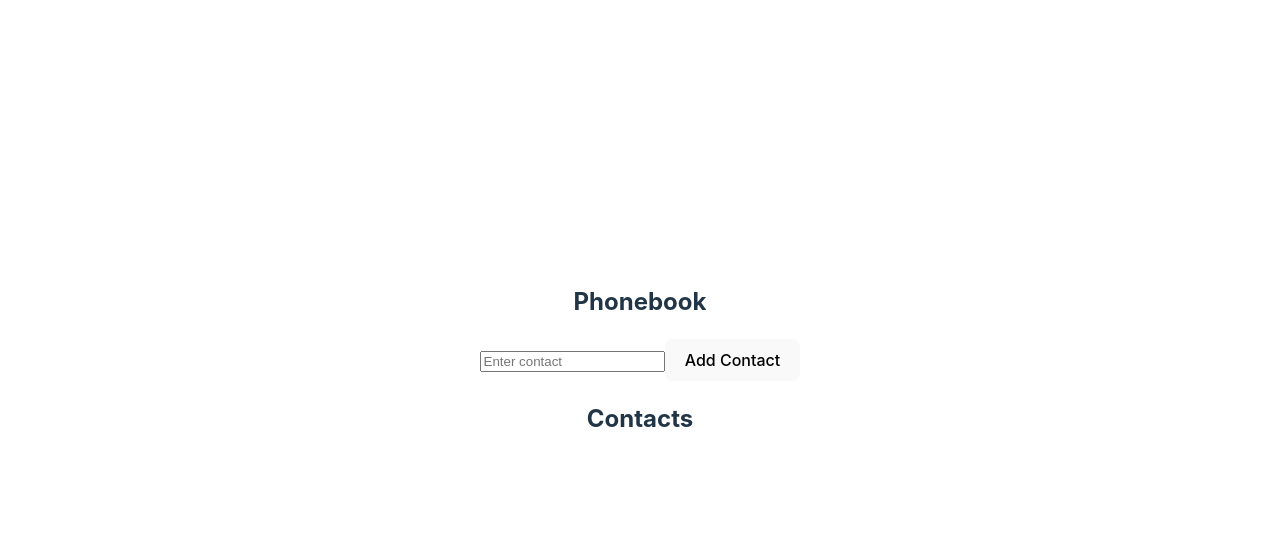
Repository: MagdalenaTyminska/React-Project-2
Page: /
These files come from the project's save history. The page is drawn as it stood at one moment and after the next save; the edit follows.
The browser window is 1280 px wide. The pictures show the whole page.
The project was rebuilt for these pictures with package versions that can differ from the ones it lists, and the page was loaded fresh each time. Also part of the build but not shown: vite.config.ts.

Above is the page before, as saved 2024-11-06 22:33:13.

### index.html
<!DOCTYPE html>
<html lang="en">
	<head>
		<meta charset="UTF-8" />
		<link rel="icon" type="image/svg+xml" href="/vite.svg" />
		<meta name="viewport" content="width=device-width, initial-scale=1.0" />
		<title>Project-2</title>
	</head>
	<body>
		<div id="root"></div>
		<script type="module" src="/src/main.tsx"></script>
	</body>
</html>

### src/main.tsx
import React from 'react';
import ReactDOM from 'react-dom/client';
import { App } from './App.tsx';
import './index.css';

ReactDOM.createRoot(document.getElementById('root')!).render(
	<React.StrictMode>
		<App />
	</React.StrictMode>
);

### src/App.tsx
import './App.css';
import { Component } from 'react';
import { Section } from './Section/Section';
import { Form } from './Form/Form';
import { ContactList } from './ContactList/ContactList';

class App extends Component {
	constructor(props) {
		super(props);
		this.state = {
			contacts: [], // Początkowo lista kontaktów jest pusta
		};
	}

	// Funkcja do dodawania nowego kontaktu
	addContact = (newContact) => {
		this.setState((prevState) => ({
			contacts: [...prevState.contacts, newContact],
		}));
	};

	render() {
		return (
			<div>
				<Section title='Phonebook'>
					<Form addContact={this.addContact} />
				</Section>
				<Section title='Contacts'>
					<ContactList contacts={this.state.contacts} />
				</Section>
			</div>
		);
	}
}

export { App };

### src/Section/Section.tsx
import { Component, ReactNode } from 'react';

type SectionProps = {
	title: string;
	children: ReactNode;
};

export class Section extends Component<SectionProps> {
	render() {
		const { title, children } = this.props;

		return (
			<section>
				<h2>{title}</h2>
				{children}
			</section>
		);
	}
}

### src/Form/Form.tsx
import { Component } from 'react';

class Form extends Component {
	constructor(props) {
		super(props);
		this.state = {
			newContact: '',
		};
	}

	handleInputChange = (event) => {
		this.setState({ newContact: event.target.value });
	};

	handleSubmit = (event) => {
		event.preventDefault();
		if (this.state.newContact) {
			this.props.addContact(this.state.newContact);
			this.setState({ newContact: '' }); // Reset formularza po dodaniu kontaktu
		}
	};

	render() {
		return (
			<form onSubmit={this.handleSubmit}>
				<input type='text' value={this.state.newContact} onChange={this.handleInputChange} placeholder='Enter contact' />
				<button type='submit'>Add Contact</button>
			</form>
		);
	}
}

export { Form };

### src/ContactList/ContactList.tsx
import{ Component } from 'react';

class ContactList extends Component {
	render() {
		const { contacts } = this.props;

		return (
			<ul>
				{contacts.map((contact, index) => (
					<li key={index}>{contact}</li>
				))}
			</ul>
		);
	}
}

export { ContactList };

### src/users.json
[
    {
        "id": "id-1",
        "name": "Rosie Simpson",
        "number": "459-12-56"
    },
    {
        "id": "id-2",
        "name": "Hermione Kline",
        "number": "443-89-12"
    },
    {
        "id": "id-3",
        "name": "Eden Clements",
        "number": "645-17-79"
    },
    {
        "id": "id-4",
        "name": "Annie Copeland",
        "number": "227-91-26"
    }
]

Loaded but not shown: src/index.css (common file); src/App.css (common file)

After the next save:
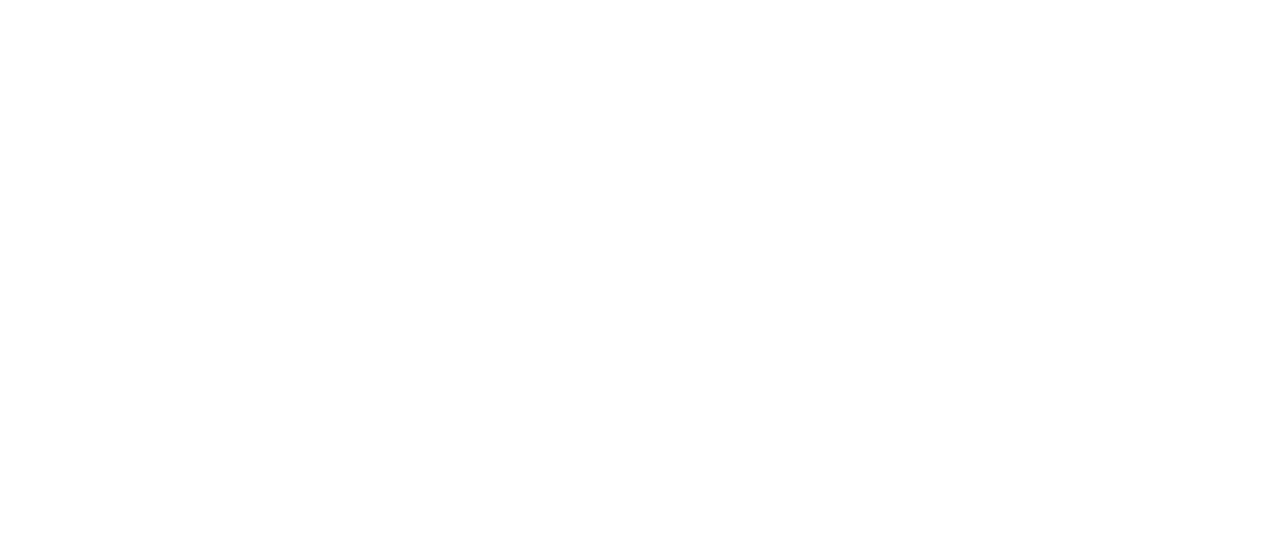
Console error (its wording comes from the project's code and is left out).
Saved 84 s later.
--- a/src/App.tsx
+++ b/src/App.tsx
@@ -1,19 +1,31 @@
 import './App.css';
-import { Component } from 'react';
+import React, { Component } from 'react';
 import { Section } from './Section/Section';
 import { Form } from './Form/Form';
 import { ContactList } from './ContactList/ContactList';
+import usersData from './users.json'; // Załaduj dane z pliku JSON
 
-class App extends Component {
-	constructor(props) {
+// Typ kontaktu z nową strukturą
+interface Contact {
+	id: string;
+	name: string;
+	number: string;
+}
+
+interface AppState {
+	contacts: Contact[];
+}
+
+class App extends Component<{}, AppState> {
+	constructor(props: {}) {
 		super(props);
 		this.state = {
-			contacts: [], // Początkowo lista kontaktów jest pusta
+			contacts: usersData, // Załaduj początkowe dane z JSON
 		};
 	}
 
 	// Funkcja do dodawania nowego kontaktu
-	addContact = (newContact) => {
+	addContact = (newContact: Contact) => {
 		this.setState((prevState) => ({
 			contacts: [...prevState.contacts, newContact],
 		}));

After the save that followed:
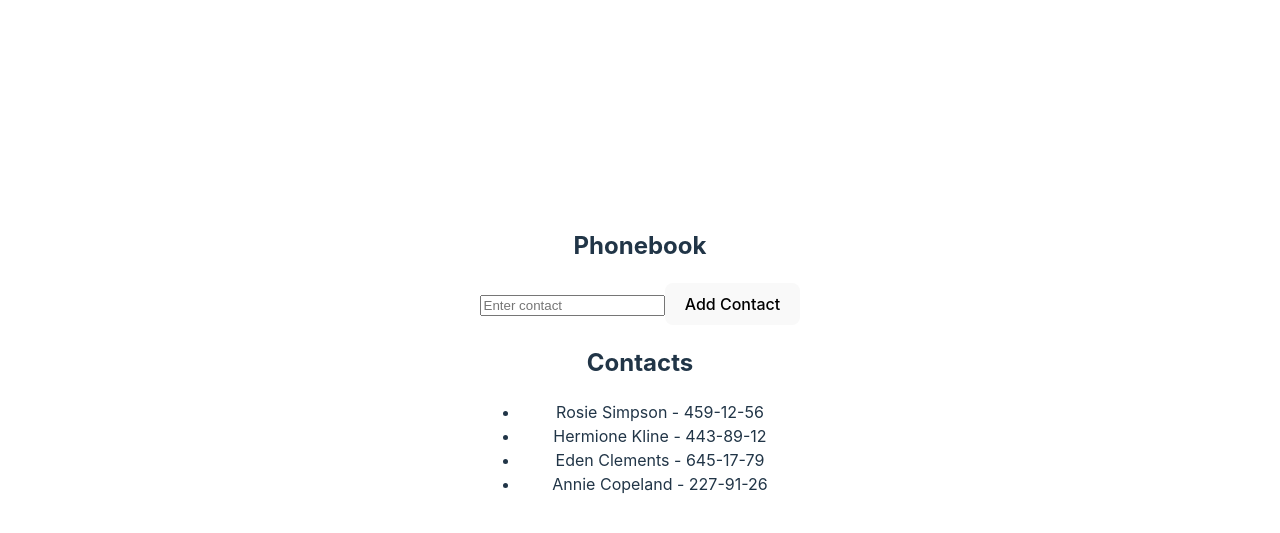
The error is gone.
Saved 9 s later.
--- a/src/ContactList/ContactList.tsx
+++ b/src/ContactList/ContactList.tsx
@@ -1,13 +1,25 @@
-import{ Component } from 'react';
+import React, { Component } from 'react';
 
-class ContactList extends Component {
+interface Contact {
+	id: string;
+	name: string;
+	number: string;
+}
+
+interface ContactListProps {
+	contacts: Contact[];
+}
+
+class ContactList extends Component<ContactListProps> {
 	render() {
 		const { contacts } = this.props;
 
 		return (
 			<ul>
-				{contacts.map((contact, index) => (
-					<li key={index}>{contact}</li>
+				{contacts.map((contact) => (
+					<li key={contact.id}>
+						{contact.name} - {contact.number}
+					</li>
 				))}
 			</ul>
 		);
